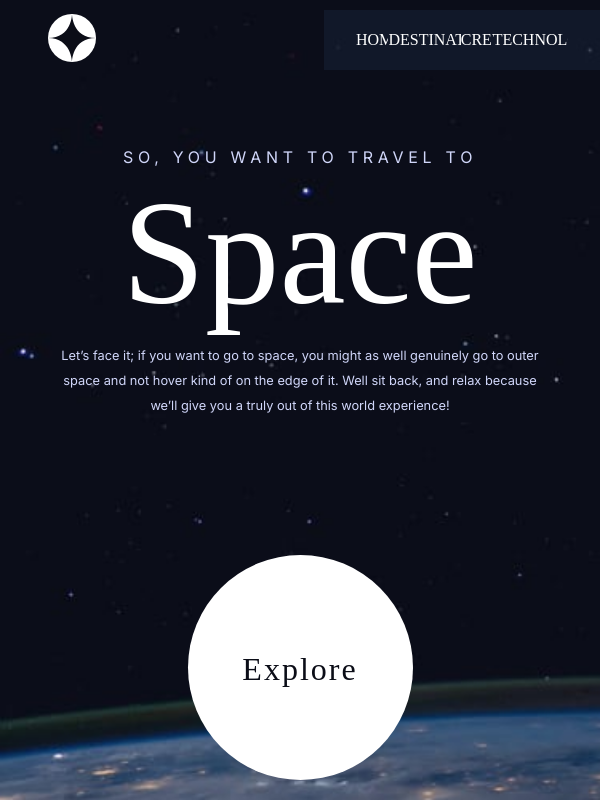
Repository: nilesjamex/space
Page: /
These files come from the project's save history. The page is drawn as it stood at one moment and after the next save; the edit follows.
The browser window is 600 px wide. The pictures show the whole page.
Some web fonts or font styles are not loaded; a fallback is used. Some web libraries are served in a nearby version. The project was rebuilt for these pictures with package versions that can differ from the ones it lists, and the page was loaded fresh each time. The framework's server and built-in components were replaced by stand-ins that run in the browser. Also part of the build but not shown: next.config.js.

Above is the page before, as saved 2022-01-08 04:37:29.

### pages/_document.js
import Document, { Html, Head, Main, NextScript } from 'next/document'

class MyDocument extends Document {
  render() {
    return (
      <Html>
        <Head>
          <link rel="preconnect" href="https://fonts.googleapis.com" />
<link rel="preconnect" href="https://fonts.gstatic.com" crossOrigin />
<link href="https://fonts.googleapis.com/css2?family=Bellefair&display=swap" rel="stylesheet" />
        <link rel="preconnect" href="https://fonts.googleapis.com" />
<link rel="preconnect" href="https://fonts.gstatic.com" crossOrigin />
<link href="https://fonts.googleapis.com/css2?family=Barlow+Condensed:ital,wght@0,100;0,300;0,400;1,100&family=Inter&display=swap" rel="stylesheet" />
        </Head>
        <body>
          <Main />
          <NextScript />
        </body>
      </Html>
    )
  }
}

export default MyDocument

### pages/index.js
import Head from 'next/head';
import styles from '../styles/Home.module.css';
import Nav from "../Layout/Nav";
import Homee from './../Components/Home.js';

export default function Home() {
  return (
    <div className={styles.container}>
      <Head>
        <title>Create Next App</title>
        <meta name="description" content="Generated by create next app" />
        <link rel="icon" href="/favicon.ico" />
        <link rel="stylesheet" type="text/css" charset="UTF-8" href="https://cdnjs.cloudflare.com/ajax/libs/slick-carousel/1.6.0/slick.min.css" />
<link rel="stylesheet" type="text/css" href="https://cdnjs.cloudflare.com/ajax/libs/slick-carousel/1.6.0/slick-theme.min.css" />
      </Head>

      <main className={styles.main}>
       <Homee />
      </main>
    </div>
  )
}

### styles/globals.css
a {
  color: inherit;
  text-decoration: none;
}

*{
  margin: 0;
  padding: 0;
  box-sizing: border-box;
  max-width: 100%;
  max-height: 100vh;
  overflow-y: hidden;
}

li {
  list-style: none;
  cursor: pointer;
}

### styles/Home.module.css
.main {

}

### Layout/Nav.js
import React from 'react';
import styles from './nav.module.css';
import Link from 'next/link'

const Nav = ({children}) => {
    return (
       <div className={styles.navBody}>
        <nav className={styles.nav}>
         <div>
            <svg width="48" height="48" viewBox="0 0 48 48" fill="none" xmlns="http://www.w3.org/2000/svg">
<circle cx="24" cy="24" r="24" fill="white"/>
<path fillRule="evenodd" clipRule="evenodd" d="M24 0C24 0 24 24 0 24C23.5776 24.1714 24 48 24 48C24 48 24 24 48 24C24 24 24 0 24 0Z" fill="#0B0D17" />
</svg>
  </div>

<ul className={styles.ul}>
<li><Link href="/"> HOME </Link></li>
<li><Link href="/Destinations">DESTINATION </Link></li>
<li><Link href="/Crew">CREW</Link></li>
<li><Link href="/Technology">TECHNOLOGY</Link></li>
</ul>
        </nav>
      <div className={styles.mainBody}> {children} </div>
</div>
    )
}

export default Nav

### Components/Home.js
import React from 'react';
import Styles from './home.module.css';
import Nav from './../Layout/Nav';

const Home = () => {
    return (
        <div className={Styles.Homes} >
        <div className={Styles.nav}>
        <Nav />
        </div>
        <div>
        <div className={Styles.Home}>
        <div className={Styles.HomeText}>
            <h3 className={Styles.HomeTextsub}>So, you want to travel to </h3>
  <h1 className={Styles.HomeTextspace}>Space</h1>
  <h3 className={Styles.HomeTextsubs}>Let’s face it; if you want to go to space, you might as well genuinely go to
  outer space and not hover kind of on the edge of it. Well sit back, and relax
  because we’ll give you a truly out of this world experience! </h3>
  </div>
<div className={Styles.Explore}>
  <h2 className={Styles.ExploreText}>Explore</h2>
  </div>
  </div>
        </div>
        </div>
    )
}

export default Home

### Layout/nav.module.css
.nav {
    display: flex;
    justify-content: space-between;
    align-items: center;
    padding-left: 3rem;
    width: 100%;
    height: 10vh;

}

.ul {
    display: flex;
    width: 50%;
    justify-content: space-between;
    align-items: center;
    color: #fff;
    background-color: rgba(24, 36, 59, 0.5);
    height: 60px;
    padding: 0 2rem;

}

.navBody {
    height: 100%;
}

### Components/home.module.css
.Homes {
    background: url('../public/assets/home/background-home-desktop.jpg');
    background-size: cover;
    height: 100%;
}
.Home{
    display: flex;
    align-items: center;
    justify-content: space-around;
    height: 100vh;
    }
.HomeText {
    width: 40%;
}
.HomeTextsub {
    font-family: 'Barlow Condensed', sans-serif;
    font-family: 'Inter', sans-serif;
    font-style: normal;
    font-weight: normal;
    font-size: 1.9rem;
    line-height: 34px;
    letter-spacing: 4.725px;
    text-transform: uppercase;
    color: #D0D6F9;
}
.HomeTextspace {
    font-family: "Bellefair", serif;
    font-style: normal;
    font-weight: normal;
    font-size: 9.3rem;
    line-height: 172px;
    color: #FFFFFF;
    display: block;
    width: 80;
}
.HomeTextsubs {
    font-family: 'Barlow Condensed', sans-serif;
    font-family: 'Inter', sans-serif;
    font-style: normal;
    font-weight: normal;
    font-size: 1rem;
    line-height: 32px;
    color: #D0D6F9;
    text-align: left;
    width: 60%;
    margin-top: 0.2rem;
}
.Explore {
    height: 274px;
    width: 274px;
    background-color: #fff;
    border-radius: 50%;
}
.ExploreText {
    text-align: center;
    display: flex;
    justify-content: center;
    align-items: center;
    margin: 6rem auto;
    font-family: 'Bellefair', serif;
    font-style: normal;
    font-weight: normal;
    font-size: 2rem;
    line-height: 37px;
    letter-spacing: 2px;
    color: #0B0D17;
}

@media screen and (max-width: 1024px) {
    .Homes {
        background: url('../public/assets/home/background-home-tablet.jpg');
        background-size: cover;
    height: 100%;
    }
    .Home{
        display: flex;
        flex-direction: column;
        }
        .HomeText {
            width: 80%;
            text-align: center;
        }
    .HomeTextsub {
        font-size: 1.2rem;
        line-height: 24px;
    }
    .HomeTextsubs {
        font-size: 1rem;
        line-height: 28px;
        text-align: center;
        width: 100%;
    }
    .Explore {
        height: 242px;
        width: 242px;
        background-color: #fff;
        border-radius: 50%;
        margin-bottom: 2rem;
    }
}

@media screen and (max-width: 900px) {
    .Home{
        display: flex;
        flex-direction: column;
        }
        .HomeText {
            width: 80%;
            text-align: center;
        }
    .HomeTextsub {
        font-size: 1.2rem;
        line-height: 24px;
    }
    .HomeTextsubs {
        font-size: 1rem;
        line-height: 28px;
        text-align: center;
        width: 100%;
    }
    .Explore {
        height: 225px;
        width: 225px;
        background-color: #fff;
        border-radius: 50%;
    }
}

@media screen and (max-width: 760px) {
    .Homes {
        background: url('../public/assets/home/background-home-mobile.jpg');
        background-size: cover;
        height: 100%;
    }
    .HomeTextsubs {
        font-size: 0.8rem;
        line-height: 25px;
    }
    .HomeTextsub {
        font-size: 1rem;
        line-height: 19px;
    }
}

Loaded but not shown: pages/_app.js (common file)

After the next save:
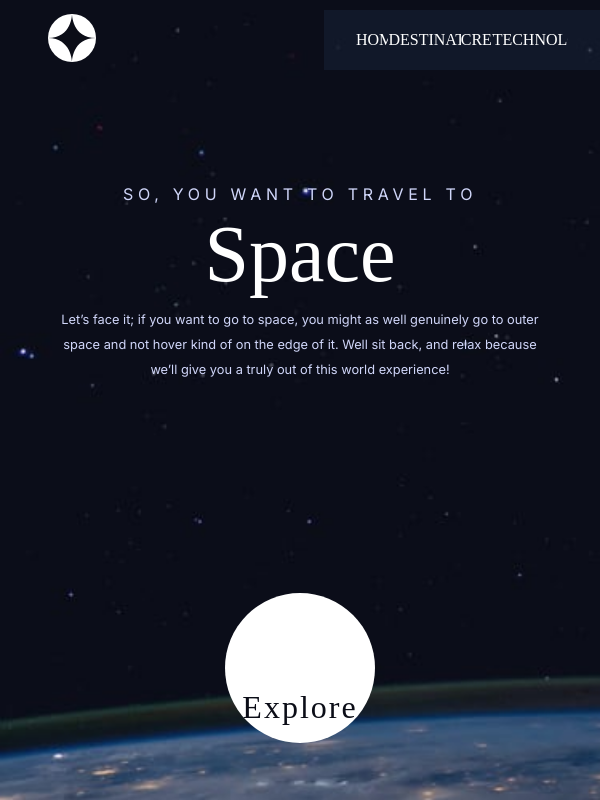
Saved 2 min 0 s later.
--- a/Components/home.module.css
+++ b/Components/home.module.css
@@ -140,4 +140,15 @@
         font-size: 1rem;
         line-height: 19px;
     }
+    .HomeTextspace {
+        font-size: 5rem;
+        line-height: 100px;
+    }
+    .Explore {
+        height: 150px;
+        width: 150px;
+        background-color: #fff;
+        border-radius: 50%;
+        margin-bottom: 2rem;
+    }
 }
